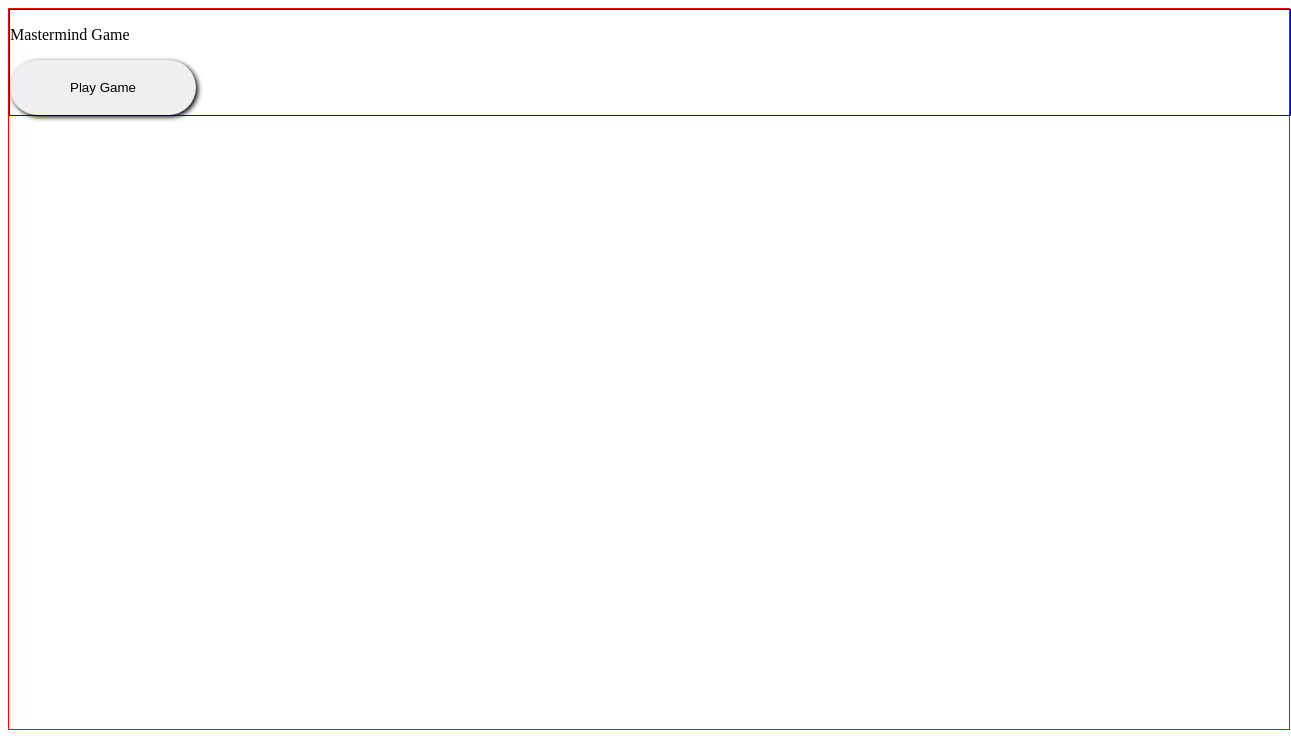
Repository: programmer686/Mastermind-with-Next.js
Page: /
These files come from the project's save history. The page is drawn as it stood at one moment and after the next save; the edit follows.
The browser window is 1280 px wide. The page is 1291 px wide, so the pictures cover 1291 px, including what lies to the right of the window. The pictures show the whole page.
The project was rebuilt for these pictures with package versions that can differ from the ones it lists, and the page was loaded fresh each time. The framework's server and built-in components were replaced by stand-ins that run in the browser. Also part of the build but not shown: next.config.js, src/styles/globals.css.

Above is the page before, as saved 2023-07-15 18:46:20.

### src/pages/index.js
import Head from 'next/head'
import Image from 'next/image'
import { Inter } from 'next/font/google'
import styles from '@/styles/Home.module.css'
import StartScreen from '@/comps/StartScreen'
const inter = Inter({ subsets: ['latin'] })

export default function Home() {
  return (
    <>
      <Head>
        <title>Create Next App</title>
        <meta name="description" content="Generated by create next app" />
        <meta name="viewport" content="width=device-width, initial-scale=1" />
        <link rel="icon" href="/favicon.ico" />
      </Head>
     <main className={styles.index__body}>
        <StartScreen/>
     </main>
    </>
  )
}

### src/styles/Home.module.css
.index__body {
  width: 100vw;
  height: 100vh;
  border: 1px solid red;
}

### src/comps/StartScreen.js
import styles from '@/styles/StartScreen.module.css'

export default function StartScreen() {
    return (
        <main className={styles.startscreen__body}>
            <p className={styles.startscreen__game_name}>Mastermind Game</p>
            <button className={styles.startscreen__play_button}>Play Game</button>
        </main>
    )
}

### src/styles/StartScreen.module.css
.startscreen__body {
    width: 100vw;
    border: 1px solid blue;
}

.startscreen__play_button {
    padding: 20px 60px;
    border: none;
    border-radius: 40px;
    box-shadow: 2px 2px 5px black;

}

Loaded but not shown: src/pages/_app.js (common file); src/pages/_document.js (common file)

After the next save:
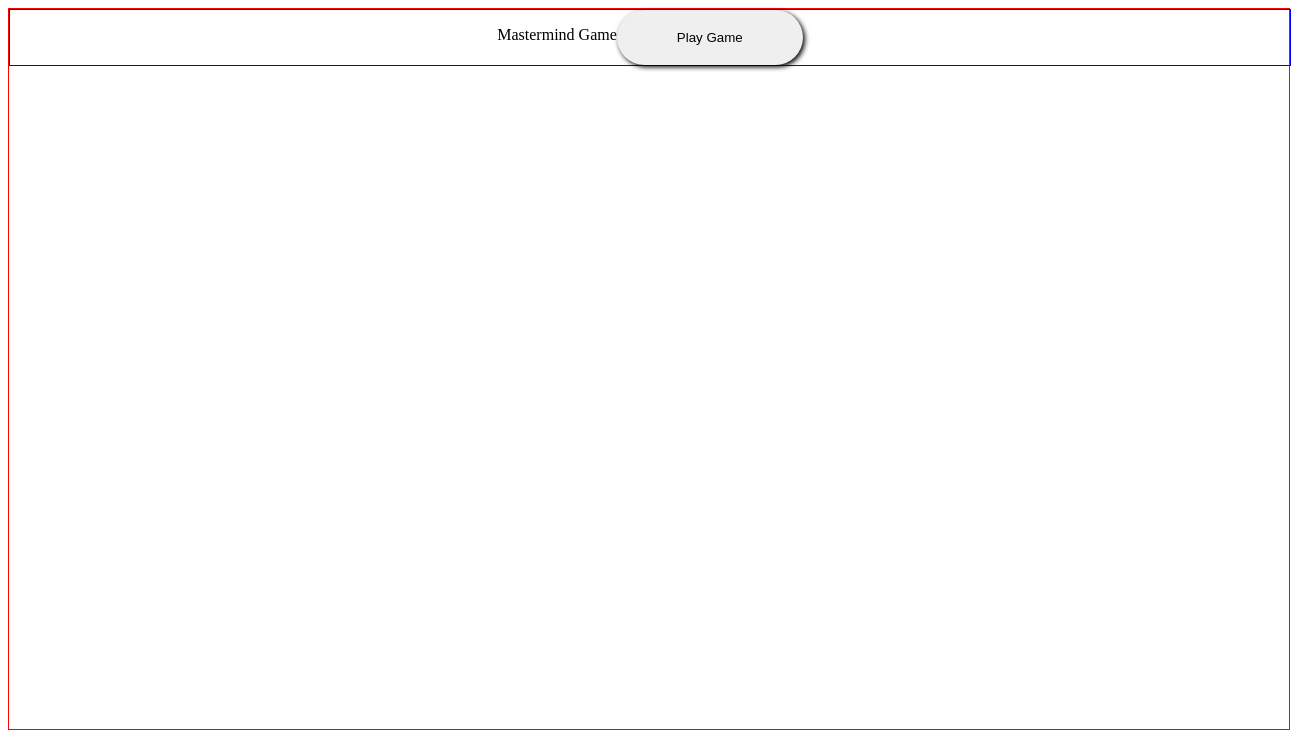
Saved 12 s later.
--- a/src/styles/StartScreen.module.css
+++ b/src/styles/StartScreen.module.css
@@ -1,5 +1,7 @@
 .startscreen__body {
     width: 100vw;
+    display: flex;
+    justify-content: center;
     border: 1px solid blue;
 }
 
